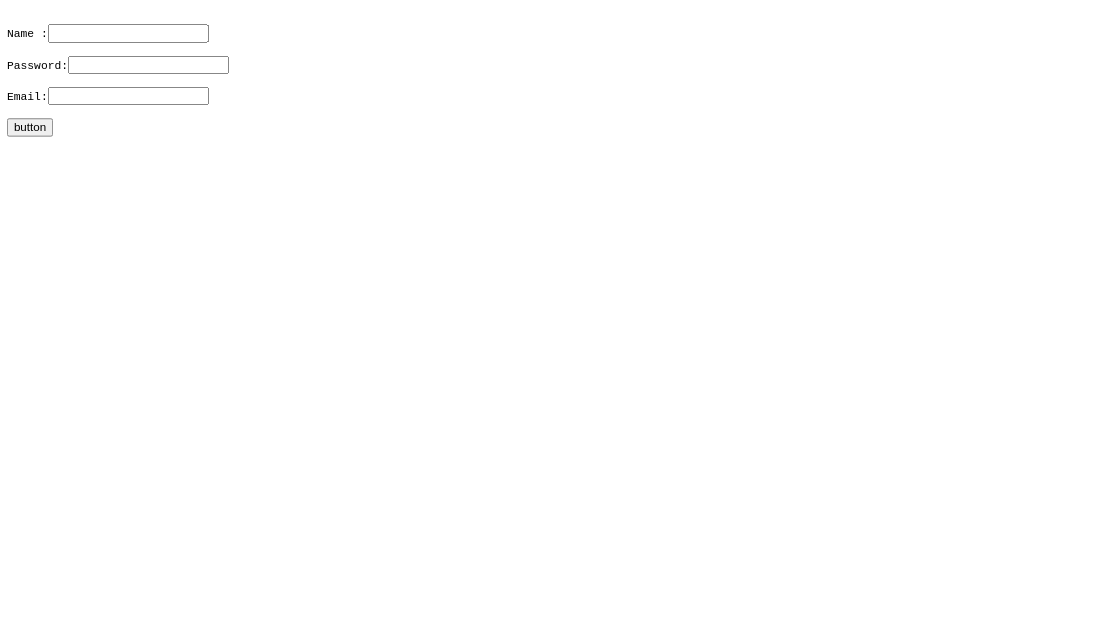
Repository: Shreya200012/FoodBox
Page: foodWeb/src/main/webapp/register.html
An editor plug-in stored every save of this project. The page is shown before and after the next save, followed by the edit.
The browser window is 1280 px wide. The pictures show the whole page, at 87% of full size.

Above is the page before, as saved 2022-06-12 12:50:21.

### foodWeb/src/main/webapp/register.html
<!DOCTYPE html>
<html>
<head>
<meta charset="ISO-8859-1">
<title>Insert title here</title>
</head>
<body>
<form method="post" action="Main">
<pre>

Name :<input name="name" type="text">

Password:<input name="pass" type="text">

Email:<input name="email" type="email">

<input type="submit" value="button">

</pre>
</form>
</body>
</html>

After the next save:
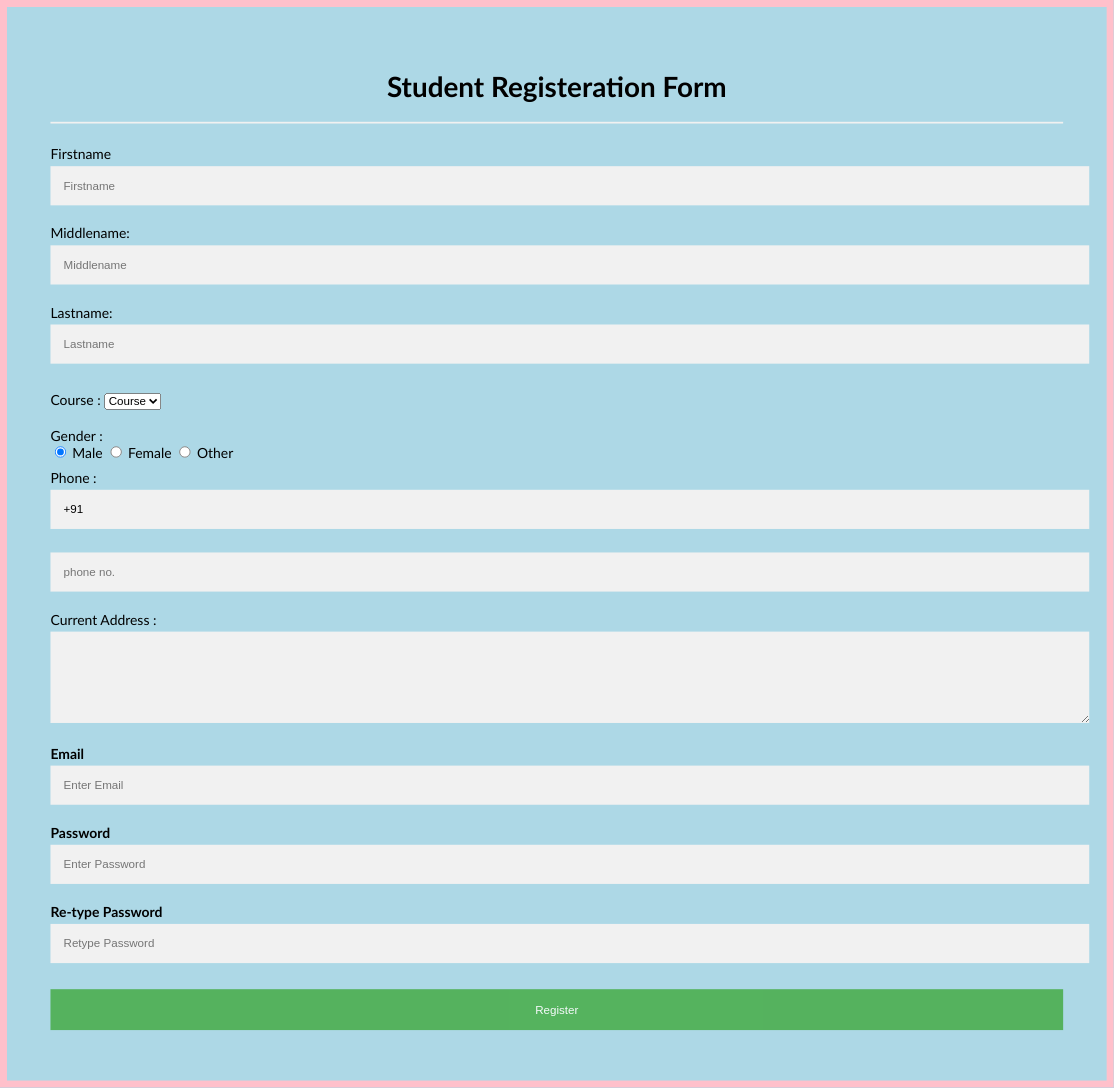
Saved 88 s later.
--- a/foodWeb/src/main/webapp/register.html
+++ b/foodWeb/src/main/webapp/register.html
@@ -1,22 +1,103 @@
 <!DOCTYPE html>
 <html>
 <head>
-<meta charset="ISO-8859-1">
-<title>Insert title here</title>
+<meta name="viewport" content="width=device-width, initial-scale=1">
+<style>
+body{
+  font-family: Calibri, Helvetica, sans-serif;
+  background-color: pink;
+}
+.container {
+    padding: 50px;
+  background-color: lightblue;
+}
+
+input[type=text], input[type=password], textarea {
+  width: 100%;
+  padding: 15px;
+  margin: 5px 0 22px 0;
+  display: inline-block;
+  border: none;
+  background: #f1f1f1;
+}
+input[type=text]:focus, input[type=password]:focus {
+  background-color: orange;
+  outline: none;
+}
+ div {
+            padding: 10px 0;
+         }
+hr {
+  border: 1px solid #f1f1f1;
+  margin-bottom: 25px;
+}
+.registerbtn {
+  background-color: #4CAF50;
+  color: white;
+  padding: 16px 20px;
+  margin: 8px 0;
+  border: none;
+  cursor: pointer;
+  width: 100%;
+  opacity: 0.9;
+}
+.registerbtn:hover {
+  opacity: 1;
+}
+</style>
 </head>
 <body>
-<form method="post" action="Main">
-<pre>
+<form>
+  <div class="container">
+  <center>  <h1> Student Registeration Form</h1> </center>
+  <hr>
+  <label> Firstname </label>
+<input type="text" name="firstname" placeholder= "Firstname" size="15" required />
+<label> Middlename: </label>
+<input type="text" name="middlename" placeholder="Middlename" size="15" required />
+<label> Lastname: </label>
+<input type="text" name="lastname" placeholder="Lastname" size="15"required />
+<div>
+<label>
+Course :
+</label>
 
-Name :<input name="name" type="text">
+<select>
+<option value="Course">Course</option>
+<option value="BCA">BCA</option>
+<option value="BBA">BBA</option>
+<option value="B.Tech">B.Tech</option>
+<option value="MBA">MBA</option>
+<option value="MCA">MCA</option>
+<option value="M.Tech">M.Tech</option>
+</select>
+</div>
+<div>
+<label>
+Gender :
+</label><br>
+<input type="radio" value="Male" name="gender" checked > Male
+<input type="radio" value="Female" name="gender"> Female
+<input type="radio" value="Other" name="gender"> Other
 
-Password:<input name="pass" type="text">
+</div>
+<label>
+Phone :
+</label>
+<input type="text" name="country code" placeholder="Country Code"  value="+91" size="2"/>
+<input type="text" name="phone" placeholder="phone no." size="10"/ required>
+Current Address :
+<textarea cols="80" rows="5" placeholder="Current Address" value="address" required>
+</textarea>
+ <label for="email"><b>Email</b></label>
+ <input type="text" placeholder="Enter Email" name="email" required>
 
-Email:<input name="email" type="email">
+    <label for="psw"><b>Password</b></label>
+    <input type="password" placeholder="Enter Password" name="psw" required>
 
-<input type="submit" value="button">
-
-</pre>
+    <label for="psw-repeat"><b>Re-type Password</b></label>
+    <input type="password" placeholder="Retype Password" name="psw-repeat" required>
+    <button type="submit" class="registerbtn">Register</button>
 </form>
 </body>
 </html>
